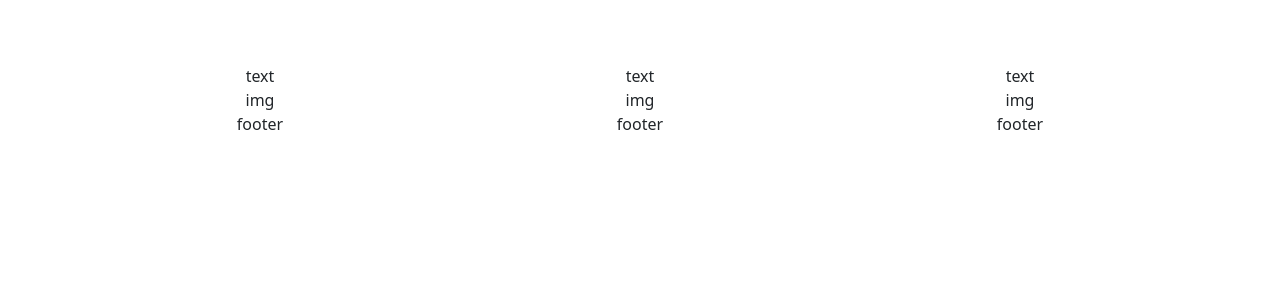
Repository: jorgi710/Prueba-Bootstrap
Page: /
The author's editor kept a copy of each file at every save. The page is drawn from the files as they stood at one save, then again after the next save.
The browser window is 1280 px wide. The pictures show the whole page.
The project was rebuilt for these pictures with package versions that can differ from the ones it lists, and the page was loaded fresh each time. Also part of the build but not shown: src/App.css.

Above is the page before, as saved 2021-03-30 10:23:37.

After the next save:
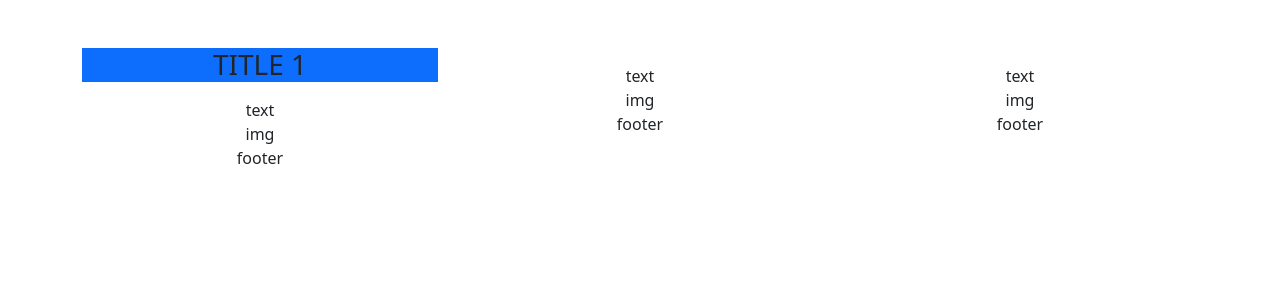
Saved 26 s later.
--- a/src/App.js
+++ b/src/App.js
@@ -6,7 +6,9 @@ function App() {
     <div className=" container mt-5 text-center">
       <div className="row">
         <div className="col-4">
-          <Header/>
+          <Header
+            title = "TITLE 1"
+          />
         </div>
         <div className="col-4">
         <Header/>
